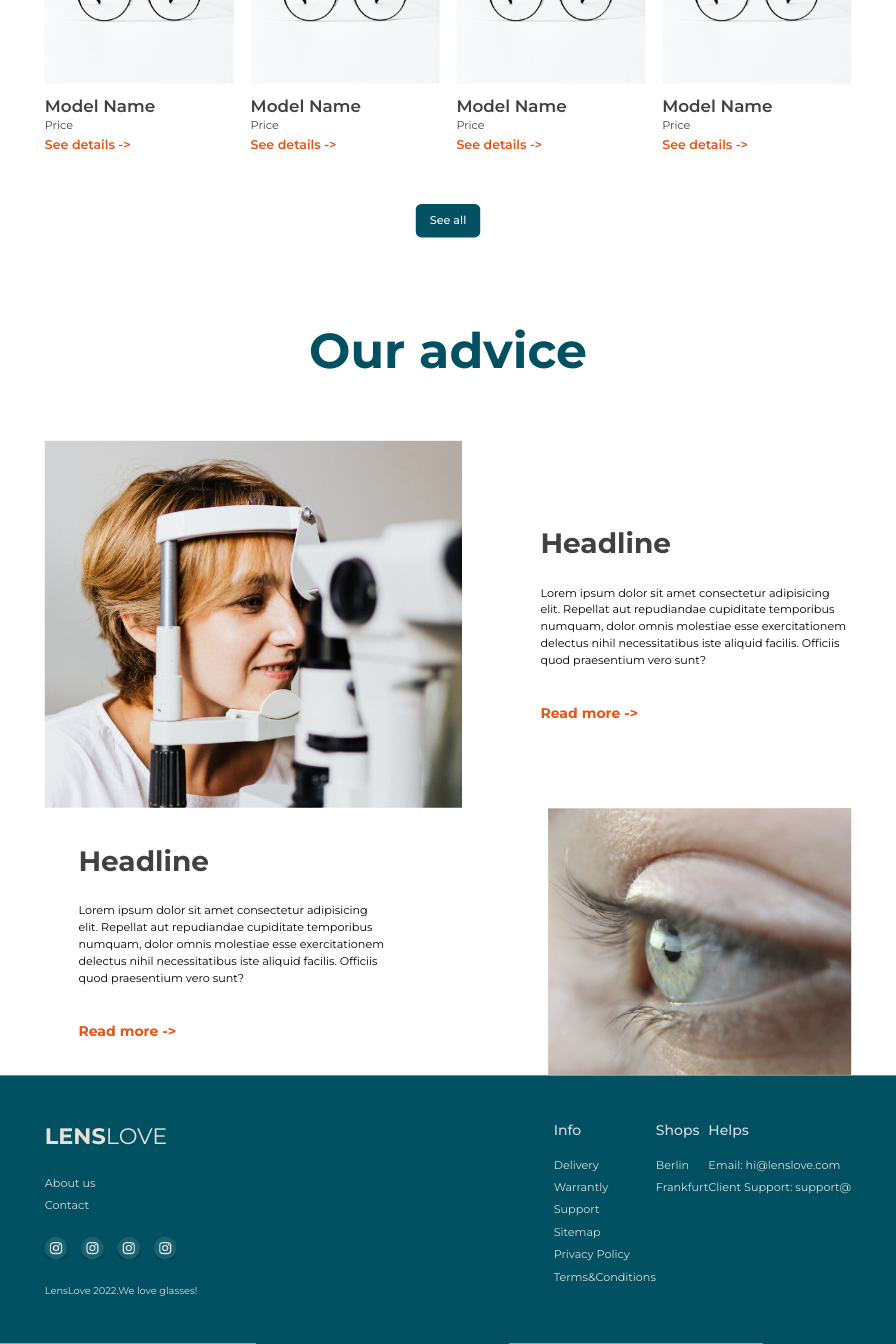
Repository: thienthanhvinh/glasses-react
Page: /
An editor plug-in stored every save of this project. The page is shown before and after a run of saves, followed by the edit.
The browser window is 1280 px wide. The pictures show the part of the page from y = 3725 to 5645 px (the page is 5645 px tall), at 70% of full size.
The project was rebuilt for these pictures with package versions that can differ from the ones it lists, and the page was loaded fresh each time. Also part of the build but not shown: src/App.css, src/components/common/FormGroup.js, src/components/input/Input.js, src/components/label/Label.js, src/hooks/useDarkMode.js, src/layout/LayoutAuthentication.js, src/components/icons/IconEyeToggle.js, src/pages/SignInPage.js and 1 more.

Above is the page before, as saved 2023-02-13 10:31:01.

### public/index.html
<!DOCTYPE html>
<html lang="en">
  <head>
    <meta charset="utf-8" />
    <link rel="icon" href="%PUBLIC_URL%/favicon.ico" />
    <meta name="viewport" content="width=device-width, initial-scale=1" />
    <meta name="theme-color" content="#000000" />
    <meta
      name="description"
      content="Web site created using create-react-app"
    />
    <link rel="apple-touch-icon" href="%PUBLIC_URL%/logo192.png" />
    <!--
      manifest.json provides metadata used when your web app is installed on a
      user's mobile device or desktop. See https://developers.google.com/web/fundamentals/web-app-manifest/
    -->
    <link rel="manifest" href="%PUBLIC_URL%/manifest.json" />
    <!--
      Notice the use of %PUBLIC_URL% in the tags above.
      It will be replaced with the URL of the `public` folder during the build.
      Only files inside the `public` folder can be referenced from the HTML.

      Unlike "/favicon.ico" or "favicon.ico", "%PUBLIC_URL%/favicon.ico" will
      work correctly both with client-side routing and a non-root public URL.
      Learn how to configure a non-root public URL by running `npm run build`.
    -->
    <link href="https://fonts.googleapis.com/css2?family=Montserrat:wght@300;400;500;600;700&display=swap" rel="stylesheet">
    <title>React App</title>
  </head>
  <body>
    <noscript>You need to enable JavaScript to run this app.</noscript>
    <div id="root"></div>
    <!--
      This HTML file is a template.
      If you open it directly in the browser, you will see an empty page.

      You can add webfonts, meta tags, or analytics to this file.
      The build step will place the bundled scripts into the <body> tag.

      To begin the development, run `npm start` or `yarn start`.
      To create a production bundle, use `npm run build` or `yarn build`.
    -->
  </body>
</html>

### src/index.js
import React from 'react';
import ReactDOM from 'react-dom/client';
import './index.css';
import App from './App';
import reportWebVitals from './reportWebVitals';
import { BrowserRouter } from 'react-router-dom';
import { ToastContainer, toast } from 'react-toastify';
import 'react-toastify/dist/ReactToastify.css';

const root = ReactDOM.createRoot(document.getElementById('root'));
root.render(
  // <React.StrictMode>
  <BrowserRouter>
    <App />
    <ToastContainer></ToastContainer>
  </BrowserRouter>
  // </React.StrictMode>
);

// If you want to start measuring performance in your app, pass a function
// to log results (for example: reportWebVitals(console.log))
// or send to an analytics endpoint. Learn more: https://bit.ly/CRA-vitals
reportWebVitals();

### src/index.css
/* body {
  margin: 0;
  font-family: -apple-system, BlinkMacSystemFont, 'Segoe UI', 'Roboto', 'Oxygen',
    'Ubuntu', 'Cantarell', 'Fira Sans', 'Droid Sans', 'Helvetica Neue',
    sans-serif;
  -webkit-font-smoothing: antialiased;
  -moz-osx-font-smoothing: grayscale;
}

code {
  font-family: source-code-pro, Menlo, Monaco, Consolas, 'Courier New',
    monospace;
} */

@tailwind base;
@tailwind components;
@tailwind utilities;

body {
  font-family: 'Montserrat', sans-serif;
}
/* .darkmode-input:checked + div .darkmode-spinner {
  transform: translateX(33px);
} */
.active-light {
  transform: translateX(0px);
  transition: all 0.4s;
}
.active-dark {
  transform: translateX(33px);
  transition: all 0.4s;
}

/* .darkmode-input:checked + div {


} */

/* .darkmode-input:checked + div .darkmode-spinner {
  background-color: white;
} */

### src/App.js

import { Route, Routes } from 'react-router-dom';
import './App.css';
import HomePage from './pages/HomePage';
import SignInPage from './pages/SignInPage';
import SignUpPage from './pages/SignUpPage';

function App() {
  return (
    <Routes>
      <Route path='/sign-up' element={<SignUpPage></SignUpPage>}></Route>
      <Route path='/sign-in' element={<SignInPage></SignInPage>}></Route>
      <Route path='/' element={<HomePage></HomePage>}></Route>
    </Routes>
  );
}

export default App;

### src/pages/HomePage.js
import React, { Fragment } from "react";
import Category from "../components/category/Category";
import Heading from "../components/common/Heading";
import Intro from "../components/intro/Intro";
import SpringSales from "../components/sales/SpringSales";
import LayoutMenu from "../layout/LayoutMenu";
import GlassesGrid from "../modules/GlassesGrid";
import GlassesItem from "../modules/GlassesItem";
import { v4 } from "uuid";
import Button from "../components/button/Button";
import HeadLine from "../modules/HeadLine";
import LayoutFooter from "../layout/LayoutFooter";

const HomePage = () => {
  return (
    <Fragment>
      <LayoutMenu></LayoutMenu>
      <SpringSales></SpringSales>
      <Intro></Intro>
      <Category></Category>
      <Heading>Popular</Heading>
      <GlassesGrid>
        {Array(4)
          .fill(0)
          .map((item) => (
            <GlassesItem key={v4()}></GlassesItem>
          ))}
        {/* <GlassesItem></GlassesItem> */}
      </GlassesGrid>
      <div className="text-center mb-[140px]">
        <Button className="mt-[70px] px-5 py-2 rounded-[4px]">See all</Button>
      </div>
      <Heading>New</Heading>
      <GlassesGrid>
        {Array(4)
          .fill(0)
          .map((item) => (
            <GlassesItem key={v4()}></GlassesItem>
          ))}
      </GlassesGrid>
      <div className="text-center mb-[140px]">
        <Button className="mt-[70px] px-5 py-2 rounded-[4px]">See all</Button>
      </div>
      <Heading>Sunwear</Heading>
      <GlassesGrid>
        {Array(4)
          .fill(0)
          .map((item) => (
            <GlassesItem key={v4()}></GlassesItem>
          ))}
      </GlassesGrid>
      <div className="text-center mb-[112px]">
        <Button className="mt-[70px] px-5 py-2 rounded-[4px]">See all</Button>
      </div>
      <Heading className="mb-[80px]">Our advice</Heading>
      <HeadLine></HeadLine>
      <HeadLine type="secondary"></HeadLine>
      <LayoutFooter></LayoutFooter>
    </Fragment>
  );
};

export default HomePage;

### src/components/category/Category.js
import React from 'react';
import Button from '../button/Button';

const Category = () => {
    return (
        <div className='flex mb-[112px] mx-auto max-w-[1400px] w-full gap-x-2'>
            <div className='h-[596px] relative'>
                <img src="/category1.png" alt="" className='w-full h-full object-cover' />
                <div className='absolute bottom-24 left-14'>
                    <p className='font-extrabold text-[40px] leading-[98px] text-white'>Optical</p>
                    <Button className='bg-secondary text-primary rounded-[4px] px-6 py-2 font-bold text-lg leading-[30px]'>Buy</Button>
                </div>
            </div>
            <div className='h-[596px] relative'>
                <img src="/category2.png" alt="" className='w-full h-full object-cover' />
                <div className='absolute bottom-24 left-14'>
                    <p className='font-extrabold text-[40px] leading-[98px] text-white'>Sunwear</p>
                    <Button className='bg-secondary text-primary rounded-[4px] px-6 py-2 font-bold text-lg leading-[30px]'>Buy</Button>
                </div>
            </div>
        </div>
    );
};

export default Category;

### src/components/common/Heading.js
import React from 'react';

const Heading = ({children, className = ''}) => {
    return (
        <h2 className={`font-extrabold text-[70px] leading-[98px] text-center text-primary mb-[70px] ${className}`}>
            {children}
        </h2>
    );
};
export default Heading;

### src/components/intro/Intro.js
import React from 'react';

const Intro = () => {
    return (
        <div className='flex items-center justify-center gap-x-[300px] mt-[64px] mb-[110px]'>
            <div className='flex flex-col items-center'>
                <img srcSet="/Icon1.png 2x" alt="" className='w-[80px] h-[80px] object-cover' />
                <p className='text-tertiary text-xl leading-[30px] font-bold'>Original products</p>
            </div>
            <div className='flex flex-col items-center'>
                <img srcSet="/Icon2.png 2x" alt="" className='w-[80px] h-[80px] object-cover' />
                <p className='text-tertiary text-xl leading-[30px] font-bold'>Original products</p>
            </div>
            <div className='flex flex-col items-center'>
                <img srcSet="/Icon3.png 2x" alt="" className='w-[80px] h-[80px] object-cover' />
                <p className='text-tertiary text-xl leading-[30px] font-bold'>Original products</p>
            </div>
        </div>
    );
};

export default Intro;

### src/components/sales/SpringSales.js
import React from 'react';
import Button from '../button/Button';

const SpringSales = () => {
    return (
        <div className='bg-secondary h-[700px] w-full flex items-center justify-between'>
            <div className='ml-[112px]'>
                <h2 className='text-primary text-[70px] font-extrabold leading-[98px]'>Spring Sale</h2>
                <p className='text-primary text-[50px] font-medium leading-[68px] mb-[48px]'>Up to -40%</p>
                <Button className='text-white bg-primary rounded-lg px-8 py-2 text-lg'>See offer</Button>
            </div>
            <div className='h-[700px]'>
                <img src="/photo1.png" alt="" className='w-full h-auto object-cover' />
            </div>
        </div>
    );
};

export default SpringSales;

### src/layout/LayoutMenu.js
import React from "react";
import { Link } from "react-router-dom";
import Navbar from "../components/navbar/Navbar";

const LayoutMenu = () => {
  return (
    <div className="py-10 px-16">
      <div className="flex items-center justify-between mb-14">
        <img src="/logo.png" alt="" className="w-[140px] h-auto object-cover" />
        <div className="flex gap-x-5 text-secondary-3 text-[15px] font-medium">
            <span>0371 525 777</span>
            <Link to="/">Help</Link>
            <Link to="/sign-in">Account</Link>
        </div>
      </div>
      <Navbar></Navbar>
    </div>
  );
};

export default LayoutMenu;

### src/modules/GlassesGrid.js
import React from 'react';

const GlassesGrid = ({children, className = ''}) => {
    return (
        <div className={`grid grid-cols-4 gap-x-6 px-16 ${className}`}>
            {children}
        </div>
    );
};

export default GlassesGrid;

### src/modules/GlassesItem.js
import React from "react";

const GlassesItem = () => {
  return (
    <div className="flex flex-col">
      <div className="h-[250px] mb-4">
        <img src="/glasses.png" alt="" className="w-full h-full object-cover" />
      </div>
      <p className="text-secondary-3 font-semibold text-2xl">Model Name</p>
      <p className="font-normal text-secondary-3">Price</p>
      <p className="font-semibold text-lg leading-[30px] text-tertiary">
        See details ->
      </p>
    </div>
  );
};

export default GlassesItem;

### src/components/button/Button.js
import React from 'react';

const Button = ({type, children, className=''}) => {
    return (
        <button type='submit' className={`bg-primary text-white ${className} rounded-lg px-3 py-3 font-medium`}>
            {children}
        </button>
    );
};

export default Button;

### src/modules/HeadLine.js
import React from "react";
import HeadlineImage from "./HeadlineImage";
import HeadlineContent from "./HeadlineContent";

const HeadLine = ({type = "default"}) => {
    if(type === "default") {
        return (
            <div className="w-full flex items-center gap-x-[112px] px-16">
              <HeadlineImage></HeadlineImage>
              <HeadlineContent></HeadlineContent>
            </div>
          );
    } else {
        return (
            <div className="w-full flex items-center gap-x-[227px] px-16">
              <HeadlineContent className="ml-[48px]"></HeadlineContent>
              <HeadlineImage src="headline2.png" className=""></HeadlineImage>
            </div>
          );
    }

};

export default HeadLine;

### src/layout/LayoutFooter.js
import React from "react";
import { Link } from "react-router-dom";

const LayoutFooter = () => {
  return (
    <div className="bg-primary flex justify-between px-16 py-16 text-gray-white">
      <div className="flex flex-col">
        <h2 className="text-secondary font-extrabold text-[32px] leading-[46px] mb-8">
          LENS<span className="font-normal">LOVE</span>
        </h2>
        <Link to="/about" className="mb-2">
          About us
        </Link>
        <Link to="contact" className="mb-8">
          Contact
        </Link>
        <div className="flex gap-x-4 mb-8">
          <span>
            <img src="/Instagram.png" alt="" />
          </span>
          <span>
            <img src="/Instagram.png" alt="" />
          </span>
          <span>
            <img src="/Instagram.png" alt="" />
          </span>
          <span>
            <img src="/Instagram.png" alt="" />
          </span>
        </div>
        <p className="text-[14px] leading-[24px]">
          LensLove 2022.We love glasses!
        </p>
      </div>
      <div className="flex">
        <div>
          <h3 className="font-medium text-xl mb-6">Info</h3>
          <div className="flex flex-col gap-y-2">
            <p>Delivery</p>
            <p>Warrantly</p>
            <p>Support</p>
            <p>Sitemap</p>
            <p>Privacy Policy</p>
            <p>Terms&Conditions</p>
          </div>
        </div>
        <div>
          <h3 className="font-medium text-xl mb-6">Shops</h3>
          <div className="flex flex-col gap-y-2">
            <p>Berlin</p>
            <p>Frankfurt</p>
          </div>
        </div>
        <div>
          <h3 className="font-medium text-xl mb-6">Helps</h3>
          <div className="flex flex-col gap-y-2">
            <p>Email: hi@lenslove.com</p>
            <p>Client Support: support@</p>
          </div>
        </div>
      </div>
    </div>
  );
};

export default LayoutFooter;

### src/components/navbar/Navbar.js
import React from "react";
import { Link } from "react-router-dom";

const Navbar = () => {
  return (
    <div className="flex">
      <ul className="flex text-sm font-semibold gap-x-8">
        <li>
          <Link to="/">Shops</Link>
        </li>
        <li>
          <Link to="/">Offers</Link>
        </li>
        <li>
          <Link to="/">Warranty</Link>
        </li>
        <li>
          <Link to="/">Medical</Link>
        </li>
        <li>
          <Link to="/">Info</Link>
        </li>
        <li>
          <Link to="/">Blog</Link>
        </li>
        <li>
          <Link to="/">About us</Link>
        </li>
        <li>
          <Link to="/">Contact</Link>
        </li>
      </ul>
      <div className="ml-auto flex items-center gap-x-8">
        <div className="flex gap-x-[6px] items-center">
          <svg
            width={18}
            height={17}
            viewBox="0 0 18 17"
            fill="none"
            xmlns="http://www.w3.org/2000/svg"
          >
            <path
              d="M17.153 15.747L12.8535 11.5161C13.9794 10.2929 14.6712 8.67509 14.6712 6.89489C14.6707 3.0867 11.534 0 7.66437 0C3.79477 0 0.658081 3.0867 0.658081 6.89489C0.658081 10.7031 3.79477 13.7898 7.66437 13.7898C9.3363 13.7898 10.8698 13.2115 12.0743 12.2501L16.3905 16.4976C16.6008 16.7047 16.9422 16.7047 17.1525 16.4976C17.3633 16.2904 17.3633 15.9541 17.153 15.747ZM7.66437 12.729C4.39027 12.729 1.7361 10.117 1.7361 6.89489C1.7361 3.67281 4.39027 1.06082 7.66437 1.06082C10.9385 1.06082 13.5926 3.67281 13.5926 6.89489C13.5926 10.117 10.9385 12.729 7.66437 12.729Z"
              fill="#414141"
            />
          </svg>
          <span className="text-sm font-semibold">Search</span>
        </div>
        <span>
          <svg
            width="19"
            height="17"
            viewBox="0 0 19 17"
            fill="none"
            xmlns="http://www.w3.org/2000/svg"
          >
            <path
              d="M2.14414 8.80841C0.111678 6.47788 0.614575 3.72661 2.23686 2.03652C3.85628 0.349414 6.5587 -0.245866 8.98238 1.79479L8.98243 1.79483C9.37299 2.12358 9.93842 2.1081 10.3148 1.781L10.3148 1.78097C12.5442 -0.15713 15.2905 0.329246 16.9821 1.956C17.8273 2.76872 18.3905 3.85299 18.4856 5.03784C18.5799 6.21232 18.2175 7.5254 17.1436 8.81679L10.2601 16.0112C9.92623 16.3602 9.36908 16.3602 9.03526 16.0113L2.14414 8.80841Z"
              stroke="#414141"
            />
          </svg>
        </span>
        <span>
          <svg
            width="17"
            height="18"
            viewBox="0 0 17 18"
            fill="none"
            xmlns="http://www.w3.org/2000/svg"
          >
            <path
              d="M0.672966 15.0244L1.47201 5.03632H10.653L11.452 15.0244C11.5228 15.9093 10.8238 16.6665 9.93602 16.6665H2.18895C1.30121 16.6665 0.602173 15.9093 0.672966 15.0244Z"
              stroke="#414141"
              stroke-linecap="round"
              stroke-linejoin="round"
            />
            <path
              d="M3.58252 7.56769V3.52604C3.58252 2.68402 4.08773 1 6.10856 1C8.12938 1 8.63459 2.68402 8.63459 3.52604V7.56769"
              stroke="#414141"
              stroke-linecap="round"
              stroke-linejoin="round"
            />
            <rect x="6" y="9" width="11" height="8" rx="4" fill="#414141" />
            <path
              d="M11.8424 15.084C11.5568 15.084 11.3048 15.0233 11.0864 14.902C10.868 14.7788 10.6972 14.608 10.574 14.3896C10.4527 14.1712 10.392 13.9192 10.392 13.6336V12.3344C10.392 12.0488 10.4527 11.7968 10.574 11.5784C10.6972 11.36 10.868 11.1901 11.0864 11.0688C11.3048 10.9456 11.5568 10.884 11.8424 10.884C12.128 10.884 12.3791 10.9456 12.5956 11.0688C12.814 11.1901 12.9848 11.36 13.108 11.5784C13.2312 11.7968 13.2928 12.0488 13.2928 12.3344V13.6336C13.2928 13.9192 13.2312 14.1712 13.108 14.3896C12.9848 14.608 12.814 14.7788 12.5956 14.902C12.3791 15.0233 12.128 15.084 11.8424 15.084ZM11.8424 14.4428C11.9843 14.4428 12.1131 14.4092 12.2288 14.342C12.3445 14.2729 12.436 14.1815 12.5032 14.0676C12.5704 13.9519 12.604 13.8231 12.604 13.6812V12.284C12.604 12.1403 12.5704 12.0115 12.5032 11.8976C12.436 11.7819 12.3445 11.6904 12.2288 11.6232C12.1131 11.5541 11.9843 11.5196 11.8424 11.5196C11.7005 11.5196 11.5717 11.5541 11.456 11.6232C11.3403 11.6904 11.2488 11.7819 11.1816 11.8976C11.1144 12.0115 11.0808 12.1403 11.0808 12.284V13.6812C11.0808 13.8231 11.1144 13.9519 11.1816 14.0676C11.2488 14.1815 11.3403 14.2729 11.456 14.342C11.5717 14.4092 11.7005 14.4428 11.8424 14.4428Z"
              fill="white"
            />
          </svg>
        </span>
      </div>
    </div>
  );
};

export default Navbar;

### src/modules/HeadlineImage.js
import React from 'react';

const HeadlineImage = ({className= '', src = "/headline1.png"}) => {
    return (
        <div className={className}>
             <img src={src} alt="" />
        </div>
    );
};

export default HeadlineImage;

### src/modules/HeadlineContent.js
import React from "react";

const HeadlineContent = ({className = ''}) => {
  return (
    <div className={className}>
      <h2 className="text-secondary-3 font-extrabold text-[40px] leading-[54px] mb-8">
        Headline
      </h2>
      <p className="w-[444px] mb-[48px]">
        Lorem ipsum dolor sit amet consectetur adipisicing elit. Repellat aut
        repudiandae cupiditate temporibus numquam, dolor omnis molestiae esse
        exercitationem delectus nihil necessitatibus iste aliquid facilis.
        Officiis quod praesentium vero sunt?
      </p>
      <p className="text-tertiary text-xl font-bold leading-[30px]">
        Read more ->
      </p>
    </div>
  );
};

export default HeadlineContent;

### tailwind.config.js
/** @type {import('tailwindcss').Config} */
module.exports = {
  content: [
    "./src/**/*.{js,jsx,ts,tsx}",
  ],
  darkMode: 'class',
  theme: {
    extend: {
      colors: {
        'color-1': "#808191",
        'color-2': "#2d3436",
        'primary' : '#025162',
        'secondary': '#EADFD8',
        'secondary-3': '#414141',
        'tertiary' : '#E75313',
        'lens': '#D4E1F4',
        'gray-white': '#D9DBE1',
        'dark-text-primary': '#dfe6e9',
        'dark-color' : '#4e4f50',
        'dark-secon-color': '#2d3436',
        'dark-third-color': '#3a3a3a',
        'dark-four-color' : '#242526',
        'dark-five-color' : '#3A3A3A',

      }
    },
  },
  plugins: [],
}

Loaded but not shown: src/reportWebVitals.js (common file)

After the next 5 saves:
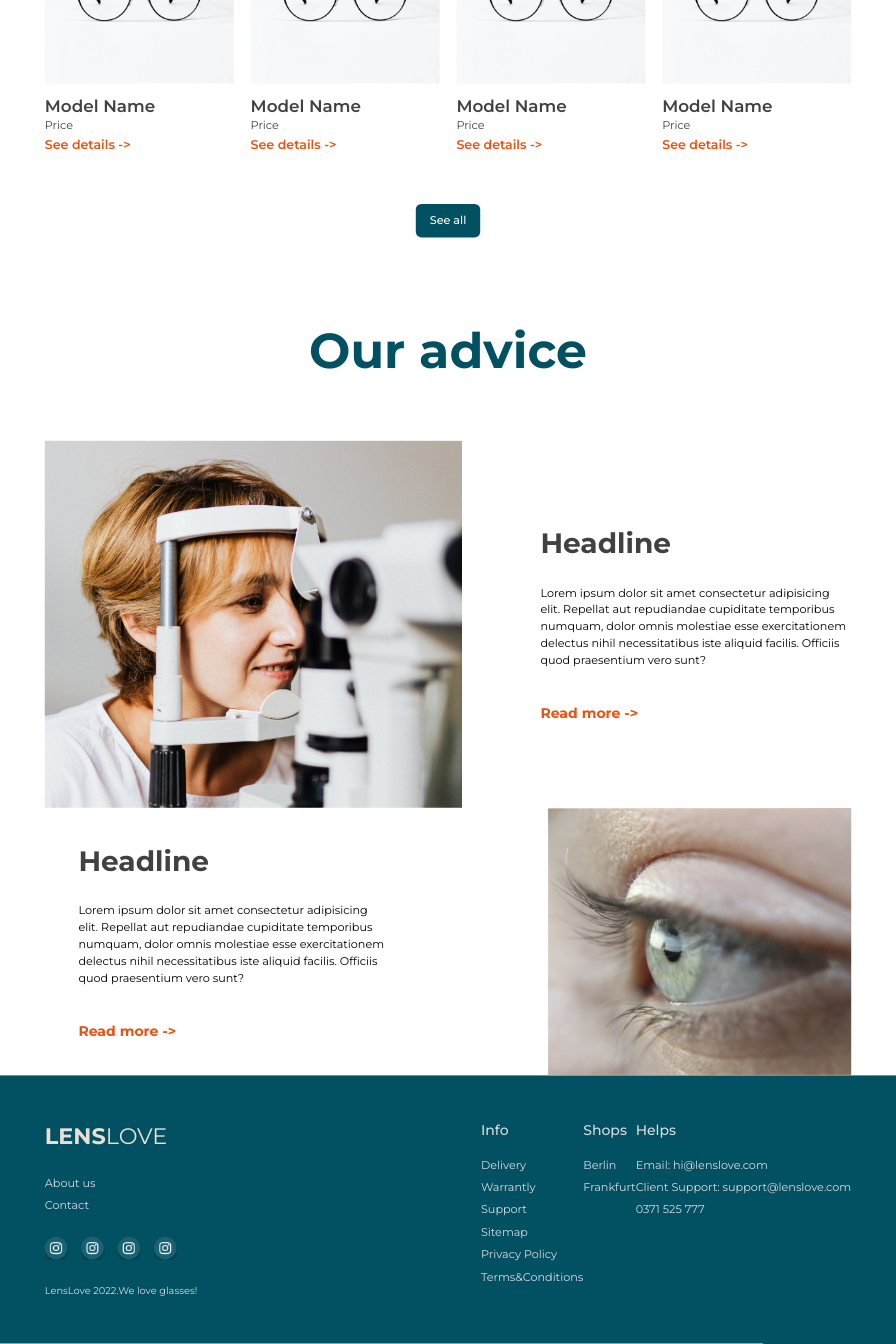
The 5 saves are shown as one change because they came seconds apart.
The last was saved 13 s later.
--- a/src/layout/LayoutFooter.js
+++ b/src/layout/LayoutFooter.js
@@ -55,7 +55,8 @@ const LayoutFooter = () => {
           <h3 className="font-medium text-xl mb-6">Helps</h3>
           <div className="flex flex-col gap-y-2">
             <p>Email: hi@lenslove.com</p>
-            <p>Client Support: support@</p>
+            <p>Client Support: support@lenslove.com</p>
+            <p>0371 525 777</p>
           </div>
         </div>
       </div>
